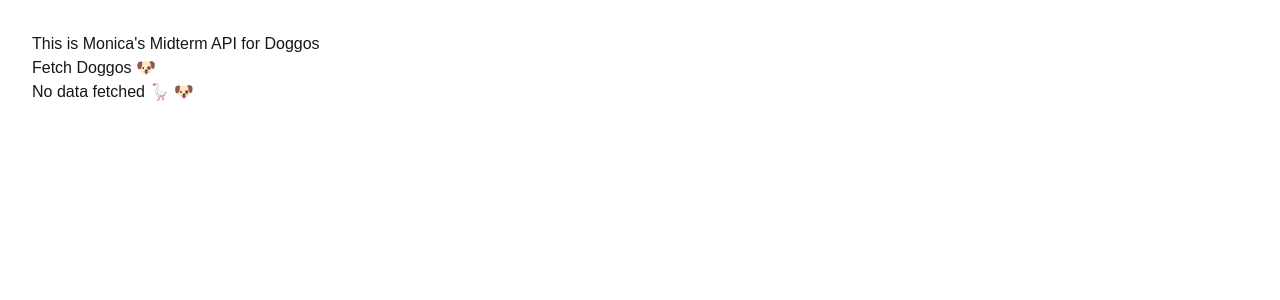
Repository: MonicaNguyenH/MDIA3126
Page: /apiMidtermDogapi (app in midterm-prep/)
The author's editor kept a copy of each file at every save. The page is drawn from the files as they stood at one save, then again after the next save.
The browser window is 1280 px wide. The pictures show the whole page.
The project was rebuilt for these pictures with package versions that can differ from the ones it lists, and the page was loaded fresh each time. The framework's server and built-in components were replaced by stand-ins that run in the browser. Also part of the build but not shown: midterm-prep/next.config.mjs.

Above is the page before, as saved 2024-11-05 12:52:23.

### midterm-prep/src/app/apiMidtermDogapi/page.js
"use client";
import { useState } from "react";

export default function Home() {

    const API_KEY = "live_dhv73gUzIeytoVMqECWq8K06x39rLJkFITrXks5QuZjogNhPzqpKPgsOLcoqG1Lp";
    // const API_KEY = process.env.NEXT_PUBLIC_DOG_CEO_API_KEY; // Ensure this environment variable is correctly set
    const API_URL = 'https://api.thedogapi.com/v1/images/search?limit=8&has_breeds=1';

    const [dogData, setDogData] = useState(null);
    const [loading, setLoading] = useState(false);
    const [error, setError] = useState(null);

    async function fetchDogData() {
        setLoading(true);
        setError(null); // Reset error state before fetching

        try {
            const response = await fetch(API_URL, {
                headers: {
                    'x-api-key': API_KEY,
                },
            });

            if (!response.ok) {
                throw new Error('Network response was not ok');
            }

            const data = await response.json();
            setDogData(data);
        } catch (error) {
            setError(error.message);
        } finally {
            setLoading(false);
        }
    }

    const DisplayDogData = () => {
        if (loading) return <div>Loading...</div>;
        if (error) return <div>Error: {error}</div>;
        if (!dogData) return <div>No data fetched 🪿 🐶</div>;

        return (
            <section>
                {dogData.map((entry, index) => (
                    <article key={index}>
                        <img src={entry.url} alt="Dog" />
                        {entry.breeds && entry.breeds.length > 0 ? (
                            <div>
                                <h3>{entry.breeds[0].name}</h3>
                                <p><strong>Temperament</strong>: {entry.breeds[0].temperament}</p>
                                <p><strong>Origin</strong>: {entry.breeds[0].origin || "Unknown"}</p>
                            </div>
                        ) : (
                            <p>Breed information is not available 🥺</p>
                        )}
                    </article>
                ))}
            </section>
        );
    };

    const Header = () => (
        <>
            <h1>This is Monica's Midterm API for Doggos</h1>
            <button
                disabled={loading}
                className="button-fetch"
                onClick={fetchDogData}
            >
                Fetch Doggos 🐶
            </button>
        </>
    );

    return (
        <div className="m-8">
            <Header />
            <DisplayDogData />
        </div>
    );
}

### midterm-prep/src/app/apiMidtermDogapi/index.css
.main {
    margin: 2em;
    display: flex;
    flex-direction: column;
    gap: 2.5em;
    font-family: Helvetica, sans-serif;
}

.list-item {
    margin: 2em 0;
}

.button-fetch {
    width: 200px;
    height: 50px;
    margin-top: 1em;
    border-radius: 50px;
    font-size: 12pt;
    font-weight: bold;

    background-color: hotpink;
    color: white;
    border: none;
}

.button-fetch:active {
    background-color: pink;
    color: hotpink;
}

Loaded but not shown: midterm-prep/src/app/layout.js (common file); midterm-prep/src/app/globals.css (common file); midterm-prep/tailwind.config.js (common file)

After the next save:
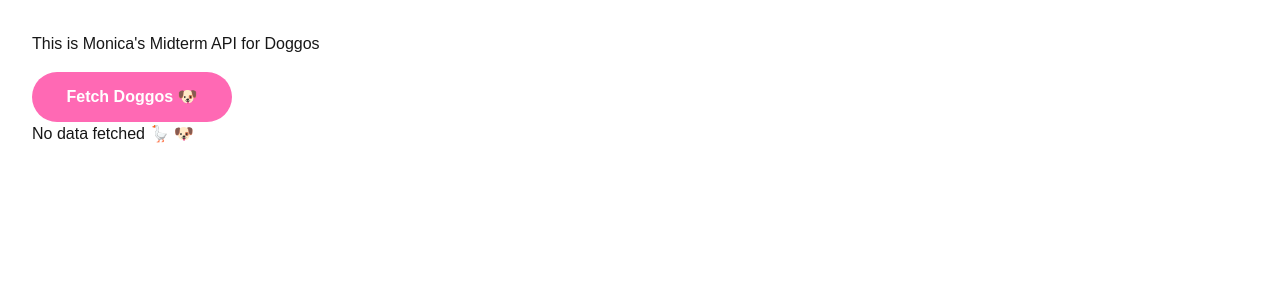
Saved 27 s later.
--- a/midterm-prep/src/app/apiMidtermDogapi/page.js
+++ b/midterm-prep/src/app/apiMidtermDogapi/page.js
@@ -1,5 +1,6 @@
 "use client";
 import { useState } from "react";
+import styles from './index.css'
 
 export default function Home() {
 
